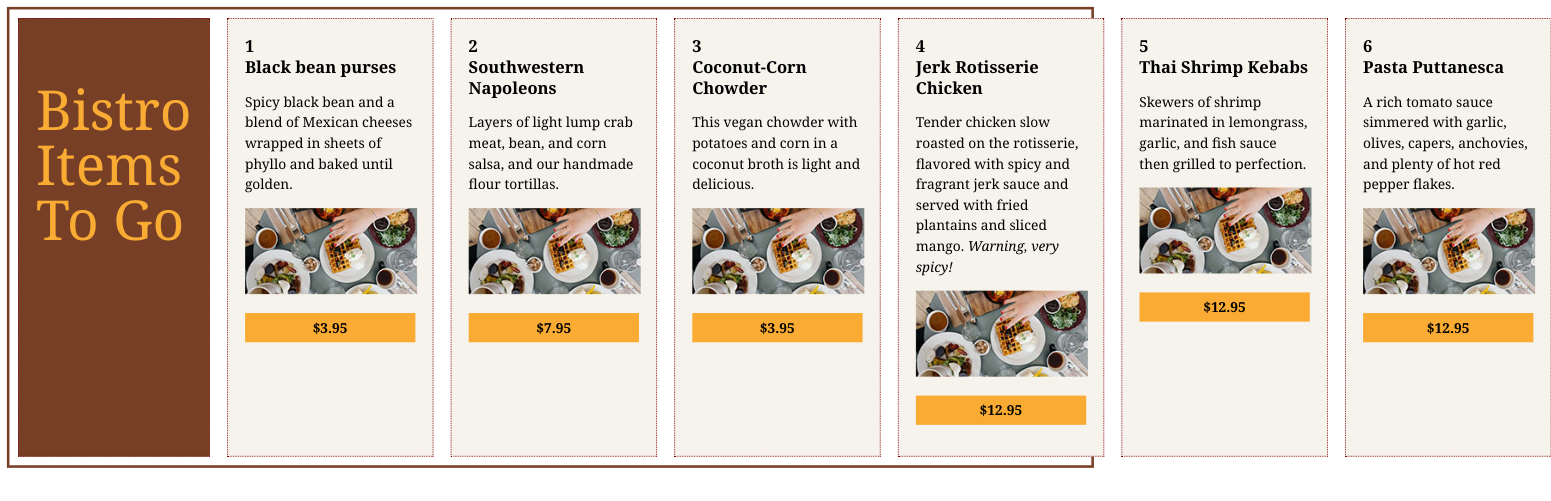
Repository: Colo-Codes/code-practice
Page: 02-css-practice-6.html
These files come from the project's save history. The page is drawn as it stood at one moment and after the next save; the edit follows.
The browser window is 1280 px wide. The page is 1804 px wide, so the pictures cover 1804 px, including what lies to the right of the window. The pictures show the whole page, at 86% of full size.

Above is the page before, as saved 2021-05-13 10:56:03.

After the next save:
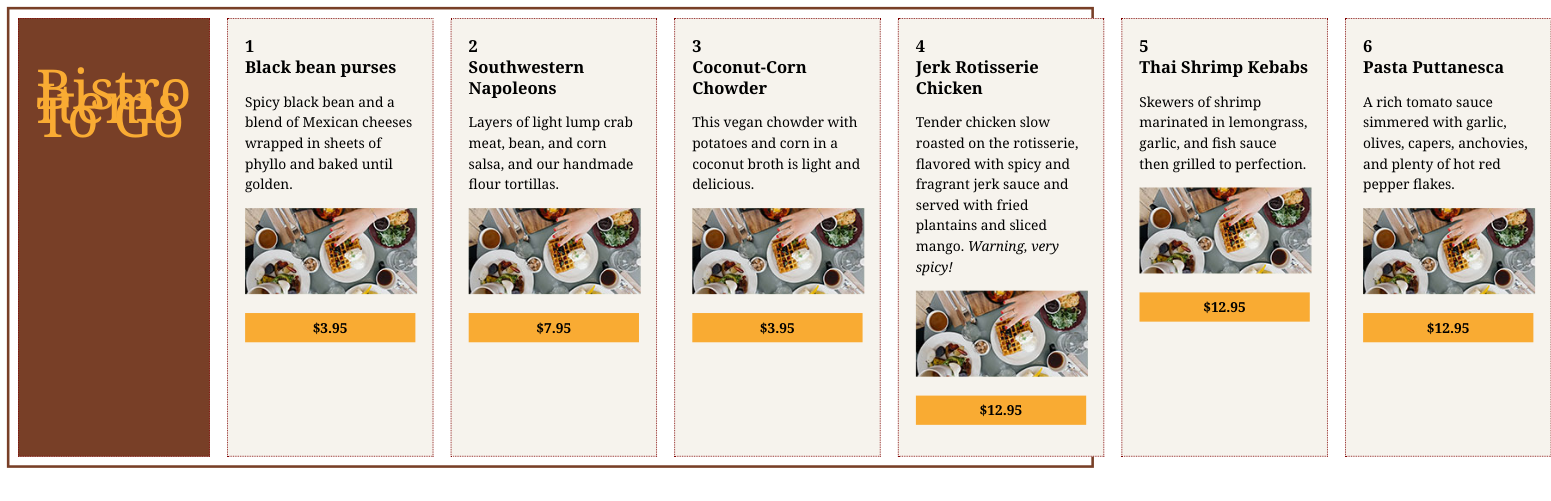
Saved 97 s later.
--- a/02-css-practice-6.html
+++ b/02-css-practice-6.html
@@ -47,7 +47,7 @@
     .title {
       background-color: #783F27;
       color: #F9AB33;
-      line-height: 4em;
+      line-height: 1em;
     }
 
     .price {

After the save that followed:
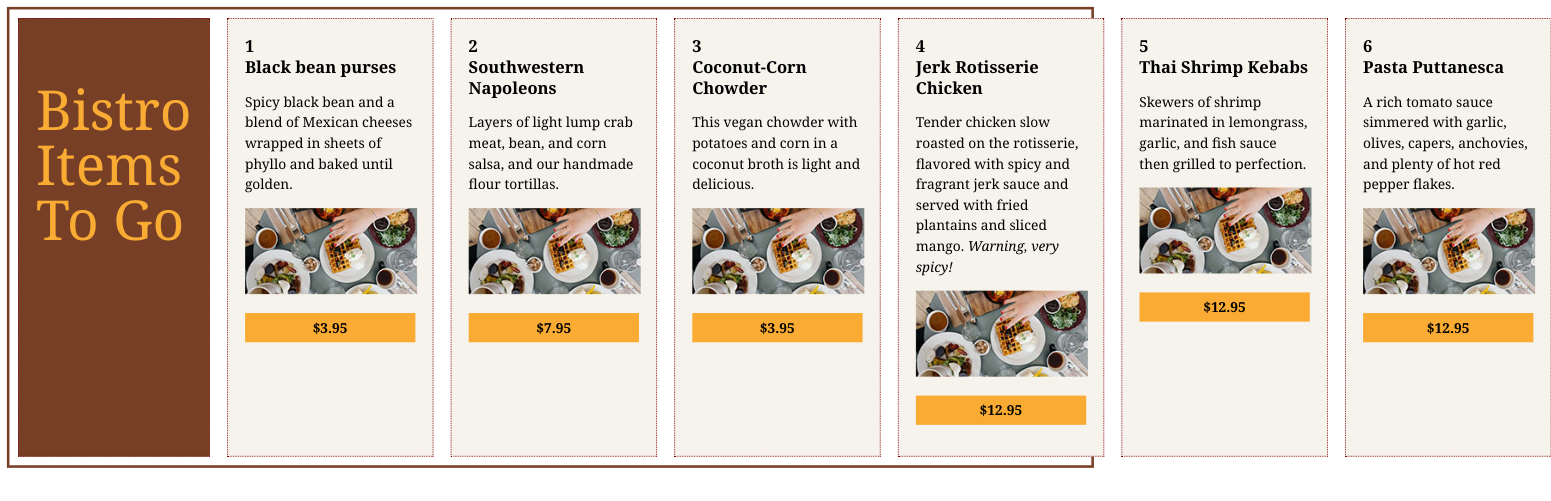
Saved 4 s later.
--- a/02-css-practice-6.html
+++ b/02-css-practice-6.html
@@ -47,7 +47,7 @@
     .title {
       background-color: #783F27;
       color: #F9AB33;
-      line-height: 1em;
+      line-height: 4em;
     }
 
     .price {
